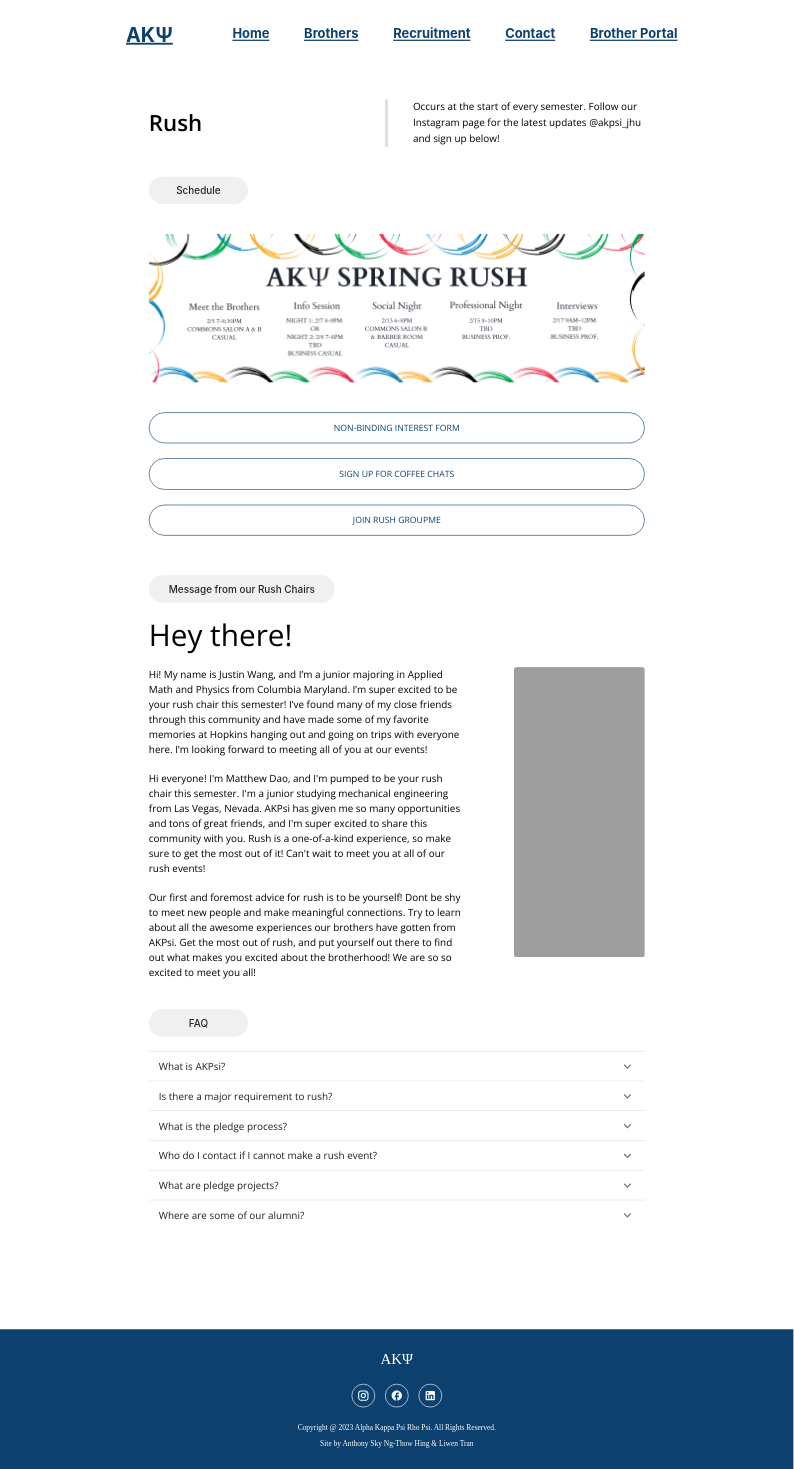
Repository: akpsi-jhu/rho-psi-website-v1
Page: /#/recruitment (app in web-app/)
These files come from the project's save history. The page is drawn as it stood at one moment and after the next save; the edit follows.
The browser window is 1280 px wide. The pictures show the whole page, at 62% of full size.
Pictures or frames that could not be fetched are drawn as grey boxes. The page's requests for data from a server got no answer. Some web fonts or font styles are not loaded; a fallback is used. The project was rebuilt for these pictures with package versions that can differ from the ones it lists, and the page was loaded fresh each time. No one was signed in, and anything a server would have sent is missing. Also part of the build but not shown: web-app/src/Components/Hero.js, web-app/src/Components/HoverCard.js, web-app/src/Components/About.js, web-app/src/styles/SlideshowStyles.css, web-app/src/Components/ImageSlideshow.js, web-app/src/Components/Rush.js, web-app/src/Components/Logos.js, web-app/src/Components/AlertBar.js and 14 more.

Above is the page before, as saved 2024-08-29 09:18:22.

### web-app/public/index.html
<!DOCTYPE html>
<html lang="en">
  <head>
    <meta charset="utf-8" />
    <link rel="icon" href="%PUBLIC_URL%/favicon.ico?v=2" />
    <meta name="viewport" content="width=device-width, initial-scale=1" />
    <meta name="theme-color" content="#000000" />
    <meta
      name="description"
      content="Web site created using create-react-app"
    />
    <link rel="apple-touch-icon" href="%PUBLIC_URL%/logo192.png?v=2" />
    <!--
      manifest.json provides metadata used when your web app is installed on a
      user's mobile device or desktop. See https://developers.google.com/web/fundamentals/web-app-manifest/
    -->
    <link rel="manifest" href="%PUBLIC_URL%/manifest.json" />
    <!--
      Notice the use of %PUBLIC_URL% in the tags above.
      It will be replaced with the URL of the `public` folder during the build.
      Only files inside the `public` folder can be referenced from the HTML.

      Unlike "/favicon.ico" or "favicon.ico", "%PUBLIC_URL%/favicon.ico" will
      work correctly both with client-side routing and a non-root public URL.
      Learn how to configure a non-root public URL by running `npm run build`.
    -->
    <title>AKPSI JHU</title>
    <link rel="preconnect" href="https://fonts.googleapis.com">
    <link rel="preconnect" href="https://fonts.gstatic.com" crossorigin>
    <link href="https://fonts.googleapis.com/css2?family=Glegoo&family=Iceland&family=Open+Sans:wght@400;600&family=STIX+Two+Text:wght@600&display=swap" rel="stylesheet">  </head>
  <body>
    <noscript>You need to enable JavaScript to run this app.</noscript>
    <div id="root"></div>
    <!--
      This HTML file is a template.
      If you open it directly in the browser, you will see an empty page.

      You can add webfonts, meta tags, or analytics to this file.
      The build step will place the bundled scripts into the <body> tag.

      To begin the development, run `npm start` or `yarn start`.
      To create a production bundle, use `npm run build` or `yarn build`.
    -->
  </body>
</html>

### web-app/src/App.js
import './App.css';
import {Routes, Route, HashRouter} from "react-router-dom";
import Home from "./Pages/Home"
import Contact from "./Pages/Contact"
import Recruitment from './Pages/Recruitment';
import Brothers from './Pages/Brothers';
import BrotherPortal from './Pages/BrotherPortal';
import BrotherPortalLogin from './Pages/BrotherPortalLogin';
import {createTheme, ThemeProvider} from "@mui/material";
import { AuthProvider } from './Auth/AuthContext'; // Import AuthProvider
import ProtectedRoute from './Auth/ProtectedRoute'; // Import ProtectedRoute

function App() {
    return (
        <AuthProvider>
            <ThemeProvider theme={theme}>
                <div className="App">
                    <HashRouter basename={process.env.PUBLIC_URL}>
                        <Routes>
                            <Route path='/' element={<Home/>}></Route>
                            <Route path='/contact' element={<Contact/>}></Route>
                            <Route path='/recruitment' element={<Recruitment/>}></Route>
                            <Route path='/brothers' element={<Brothers/>}></Route>
                            <Route path='/activelogin' element={<BrotherPortalLogin/>}></Route>
                            <Route path='/brotherPortal' element={<ProtectedRoute><BrotherPortal /></ProtectedRoute>} />
            <Route path='/login' element={<BrotherPortalLogin />} />
                        </Routes>
                    </HashRouter>
                </div>
            </ThemeProvider>
        </AuthProvider>
    );
}

const theme = createTheme({
    breakpoints: {
        values: {
            xs: 0,
            sm: 600,
            md: 900,
            lg: 1200,
            xl: 1536,
            xxl: 1700,
        }
    },
    typography: {
        fontFamily: [
            'Open Sans',
            '-apple-system',
            'BlinkMacSystemFont',
            '"Segoe UI"',
            'Roboto',
            '"Helvetica Neue"',
            'Arial',
            'sans-serif',
            '"Apple Color Emoji"',
            '"Segoe UI Emoji"',
            '"Segoe UI Symbol"',
        ].join(','),
    },
});

export default App;

### web-app/src/Pages/Recruitment.js
import React, {useState} from "react";
import { Stack, Box, Typography, makeStyles } from "@mui/material";
import Navbar from "../Components/Navbar/Navbar"
import RushMessage from "../Components/RushMessage"
import Footer from "../Components/Footer";
import Title from "../Components/Title";
import recruitment from "../assets/SpringRush24Banner.png";
import Faq from "../Components/Faq"
import TagHeader from "../Components/TagHeader";
import SideBar from "../Components/Sidebar/Sidebar";
import "../styles/Image.css";




//fontSize={{xs: 24, md: 30, lg: 40, xl: 42}}
const Recruitment = () => {
    const [isOpen, setIsOpen] = useState(false);
    const toggle = () => {
            setIsOpen(!isOpen)
        }
	return (
        <Stack alignItems='center' overflow='hidden' >

            <Navbar toggle={toggle} blue={true}></Navbar>
           <SideBar  isOpen={isOpen} toggle={toggle}/>
            <Stack marginY={{xs: 15, md:20}}  overflow='hidden' paddingX={{xs: 5, sm: 10, md: 20, lg: 30, xl: 40}} maxWidth={1920} spacing={6} >

            <Title wrap={true} header="Rush" body="Occurs at the start of every semester. Follow our Instagram page for the latest updates @akpsi_jhu and sign up below!"></Title>
                <TagHeader text="Schedule" ></TagHeader>
                <Box className="container">
                    <img className="container" src={recruitment} alt=""/>
                </Box>
            <RushMessage ></RushMessage>
            <Faq></Faq>
            </Stack>
            <Footer/>
        </Stack>
	);
};

export default Recruitment;

### web-app/src/Auth/AuthContext.js
import React, { useState, createContext, useContext } from 'react';

export const AuthContext = createContext();

export const useAuth = () => useContext(AuthContext);

export const AuthProvider = ({ children }) => {
    const [isAuthenticated, setAuthenticated] = useState(false);

    return (
        <AuthContext.Provider value={{ isAuthenticated, setAuthenticated }}>
            {children}
        </AuthContext.Provider>
    );
};

### web-app/src/Components/Navbar/Navbar.js
import React, { useState, useEffect } from "react";
import { FaBars } from "react-icons/fa";
import { animateScroll as scroll } from "react-scroll";
import {
  Nav,
  NavbarContainer,
  NavLogo,
  NavItem,
  MobileIcon,
  NavMenu,
  NavLinkR
} from "./NavbarElements";

import { NavLink } from "react-router-dom";


const Navbar = ({ toggle, blue }) => {
  const [scrollNav, setScrollNav] = useState(false);


  const changeNav = () => {
    if (window.scrollY >= 80) {
      setScrollNav(true);
    } else {
      setScrollNav(false);
    }
  };


  useEffect(() => {
    window.addEventListener("scroll", changeNav);
  }, []);
  return (
    <>
      <Nav scrollNav={scrollNav}>
        <NavbarContainer>
          <NavLogo blue={blue}>
            <NavLinkR blue={blue}
                      to="/"
                // smooth={true} duration={500} spy={true} exact='true' offset={-80}
            >
            AKΨ
            </NavLinkR>
          </NavLogo>
          <MobileIcon onClick={toggle} blue={blue}>
            <FaBars />
          </MobileIcon>
          <NavMenu className={"justify-content-end"} blue={blue}>
            <NavItem >
              <NavLinkR blue={blue}
                to="/"
                // smooth={true} duration={500} spy={true} exact='true' offset={-80}
              >
                Home
              </NavLinkR>
            </NavItem>
            <NavItem>
              <NavLinkR blue={blue}
                to="/brothers"
                // smooth={true} duration={500} spy={true} exact='true' offset={-80}
              >
                Brothers
              </NavLinkR>
            </NavItem>
            <NavItem>
              <NavLinkR blue={blue}
                to="/recruitment"
                // smooth={true} duration={500} spy={true} exact='true' offset={-80}
              >
                Recruitment
              </NavLinkR>
            </NavItem>
            <NavItem>
              <NavLinkR blue={blue} to="/contact">Contact</NavLinkR>
            </NavItem>
            <NavItem>
              <NavLinkR blue={blue} to="/brotherPortal">Brother Portal</NavLinkR>
            </NavItem>
          </NavMenu>
        </NavbarContainer>
      </Nav>
    </>
  );
};

export default Navbar;

### web-app/src/Components/Footer.js
import React from "react";
import InstagramIcon from '@mui/icons-material/Instagram';
import FacebookOutlinedIcon from '@mui/icons-material/FacebookOutlined';
import LinkedInIcon from '@mui/icons-material/LinkedIn';

import {
    Stack,
    Typography,
    IconButton, ThemeProvider,
} from "@mui/material";

import {logoTheme} from "../themes/theme";


const Footer = () => {
return (
	<Stack py={4} direction="column" spacing={3} sx ={{backgroundColor: '#0C406F', color: "white"}} width='100vw'>
        <ThemeProvider theme={logoTheme}>
	<Typography
                variant="h5"
                component="div"
                >AKΨ</Typography>
        </ThemeProvider>
	<Stack direction="row" spacing={2} justifyContent="center" >
        <IconButton href="https://www.instagram.com/akpsi_jhu/" aria-label="instagram" sx={{color: "white", border: 1}}>
            <InstagramIcon fontSize="small"/></IconButton>
        <IconButton href="https://www.facebook.com/johnshopkinsakpsi/" aria-label="facebook" sx={{color: "white", border: 1}}>
            <FacebookOutlinedIcon fontSize="small"/></IconButton>
        <IconButton href="https://www.linkedin.com/company/alpha-kappa-psi" aria-label="linkedin" sx={{color: "white", border: 1}}>
            <LinkedInIcon fontSize="small"/></IconButton>
	</Stack>
    <Stack spacing={1}>
        <Typography sx={{fontSize:12, fontFamily: "glegoo"}}>Copyright @ 2023 Alpha Kappa Psi Rho Psi. All Rights Reserved. </Typography>
        <Typography sx={{fontSize:12, fontFamily: "glegoo"}}>Site by Anthony Sky Ng-Thow Hing & Liwen Tran </Typography>
    </Stack>
	</Stack>
);
};
export default Footer;

### web-app/src/Components/Sidebar/Sidebar.js
import { Box } from "@mui/system";
import React from "react";

import {
  SidebarContainer,
  SidebarWrapper,
  Icon,
  CloseIcon,
  SidebarMenu,
  SidebarLink
} from "./SidebarElements";



const SideBar = ({ isOpen, toggle }) => {
  return (
    <SidebarContainer isOpen={isOpen} onClick={toggle}>
      <Icon onClick={toggle}>
        <CloseIcon />
      </Icon>
      <SidebarWrapper>
        <SidebarMenu>
          <SidebarLink to="/" onClick={toggle}>
            Home
          </SidebarLink>
          <SidebarLink to="/brothers" onClick={toggle}>
            Brothers
          </SidebarLink>
          <SidebarLink to="/recruitment" onClick={toggle}>
            Recruitment
          </SidebarLink>
          <SidebarLink to="/contact" onClick={toggle}>
            Contact
          </SidebarLink>
          <SidebarLink to="/brotherPortal" onClick={toggle}>
            Active Portal
          </SidebarLink>
        </SidebarMenu>
      </SidebarWrapper>
    </SidebarContainer>
  );
};

export default SideBar;

### web-app/src/Components/Title.js
import React from "react";
import { Stack, Box, Typography, Divider, Button } from "@mui/material";





const Title = (props) => {
	return (
        <Stack direction={{ sm: 'column', md: 'row' }} spacing={{xs: 2, md: 5}} sx = {{
            textAlign: "left",
            width: '100%',
            alignItems: "center"
        }}>
            <Typography variant="h3" sx = {{
                fontSize: {xs: 26, sm: 26, md: 30, lg: 36, xl: 36},
                lineHeight: {md: 1.3, lg: 1.3, xl: 1.3},
                whiteSpace: props.wrap ? "normal": "nowrap",
                width: props.wrap ? '100%' : '%',
                maxWidth: {md: 800, lg: 1000, xl: 1000},
                fontWeight: '700'
            }}>{props.header}</Typography>
            <Divider orientation={{sm: "horizontal", md: "vertical" }}flexItem sx = {{
                borderRightWidth: 5,
                borderBottomWidth: 3
            }}></Divider>
            <Typography variant="h6" sx = {{
                 fontSize: {xs: 16, md: 16, lg: 16, xl: 16},
            }}>{props.body}</Typography>
        </Stack>
	);
};

export default Title;

### web-app/src/Components/TagHeader.js
import React from "react";
import { Stack, Box, Typography, makeStyles, Button } from "@mui/material";





const TagHeader = (props) => {
	return (
        <Box
        sx={{ width: 160, fontSize: 16, paddingX: 1, paddingY: 1.5, backgroundColor: '#F0F0F0', borderRadius: 85, fontWeight: 500, color: '#1F282C'
    }}>
        {props.text}
    </Box>
	);
};

export default TagHeader;

### web-app/src/styles/Image.css


.container {
    overflow: hidden;
    align-items: center;
    justify-content: center;
    display: flex;
}

.container img {
    overflow: hidden;
    object-fit: cover;
    height: 100%;
    width: 100%;
    padding-right: 0;
    border-radius: 5px;
}

### web-app/src/Components/Navbar/NavbarElements.js
import styled from "styled-components";
import { Navbar } from "react-bootstrap";
import { Link as LinkR } from "react-router-dom";
import { Link as LinkS } from "react-scroll";

export const Nav = styled(Navbar)`
background: none;
position: absolute;

  display: flex;
  justify-content: center;
  width: 100%
  max-width: 1920px
  align-items: center;
  font-size: 1.3rem;
  top: 0;
  z-index: 10;
  @media screen and (max-width: 960px) {
    transition: 0.8s all ease;
  }
`;


export const NavbarContainer = styled.div`
  display: flex;
  justify-content: space-between;
  height: 80px;
  z-index: 1;
  width: 100%;
  padding: 0 24px;
  /*max-width: 1100px;*/
`;

export const NavLogo = styled(LinkR)`
color: ${({ blue }) =>
blue ? "#0C406F" : "white"};
  margin-top: 30px;
  font-size: 2rem;
  display: flex;
  align-items: center;
  margin-left: 120px;
  text-decoration: none;
  font-family: STIX Two Text


  @media screen and (max-width: 960px) {
    font-size: 1.75rem;
    margin: 0;
    padding: 0;
  }
`;

export const MobileIcon = styled.div`
  display: none;

  @media screen and (max-width: 768px) {
    display: block;
    position: absolute;
    top: 0;
    right: 0;
    transform: translate(-100%, 60%);
    font-size: 1.75rem;
    font-weight: normal
    font-family: STIX Two Text
    cursor: pointer;
    color: ${({ blue }) =>
    blue ? "#0C406F" : "white"};
    margin: 0;
  }
`;

export const NavMenu = styled.ul`

margin-top: 50px;

  display: flex;
  align-items: center;
  list-style: none;
  text-align: center;
  margin-right: 80px;
  float: left;
  @media screen and (max-width: 768px) {
    display: none;
  }
`;

export const NavItem = styled.li`
  height: 80px;
`;

export const NavLinks = styled(LinkS)`
  display: flex;
  align-items: center;
  text-align: center;
  height: 100%;
  padding: 0 1rem;
  cursor: pointer;
  color: #1b262c;
  font-size: 0.9 rem;
  font-weight: bold;
  font-family: STIX Two Text
  margin-right: 24px;
  text-decoration: none;

  &.active {
    border-bottom: 3px solid #3282b8;
  }

  &:hover {
    text-decoration: none;
  }
`;

export const NavLinkR = styled(LinkR)`
  display: flex;
  align-items: center;
  text-align: center;
  height: 100%;
  padding: 0 1rem;
  cursor: pointer;
  color: ${({ blue }) =>
blue ? "#0C406F" : "white"};
  font-size: 0.9 rem;
  font-weight: bold;
  margin-right: 24px;
  font-family: STIX Two Text

  text-decoration: none;

  &.active {
    border-bottom: 3px solid #3282b8;
  }

  &:hover {
    text-decoration: none;
  }
`;

### web-app/src/Components/ImageBox.js
import "../styles/Image.css";
import {Box} from "@mui/system";

const ImageBox = (props) => {
    return (
        <Box
            pl={{lg:5}}
            className="container"
            maxHeight={{xs: "75vh", sm: "75vh", md: "75vh", lg: "65vh", xl: "60vh"}}
            width={{xs: "115%", sm: "300%", md: "300%", lg: "160%", xl: "150%", xxl: "125%"}}
            maxWidth={{sm: "100vw", md: "60vw"}}>
            <img className="container" src={props.src} alt=""/>
        </Box>
    );
};

export default ImageBox;

### web-app/src/styles/LogosStyles.css

  img {
    height: 45px;
    padding: 0 50px;
    object-fit:contain;
  }

  img:last-of-type {
    padding-left: 0;
  }

  .inner {
    position: relative;
    width: 100vw;
    overflow: hidden;
    height: 120px;
    padding-top: 30px;
    padding-bottom: 30px;
    display: flex;

    justify-content: center;
    align-items: center;
    background-color: #DCA023;





  }

  .wrapper {
    position: absolute;
    display: flex;
    width: 100vw;
    max-width: 1920px;
    overflow: hidden;




  }

  section {
    display: flex;
    animation: swipe var(--speed) linear infinite backwards;
    align-items: center;
    justify-content: center;

  }

  @keyframes swipe {
    0% {
      transform: translate(0);
    }

    100% {
      transform: translate(-100%);
    }
  }

### web-app/src/themes/theme.js
import {createTheme} from "@mui/material";

export const logoTheme = createTheme({
    typography: {
        fontFamily: [
            'STIX Two Text',
        ].join(','),
        fontWeight: 500
    }
})

### web-app/src/Components/Sidebar/SidebarElements.js
import styled from "styled-components";
import { Link as LinkR } from "react-router-dom";
import { Link as LinkS } from "react-scroll";
import { FaTimes } from "react-icons/fa";

export const SidebarContainer = styled.aside`
  position: fixed;

  z-index: 999;
  width: 100%;
  height: 100%;
  background: #0C406F;
  display: grid;
  font-family: STIX Two Text;
  align-items: center;
  top: 0;
  left: 0;
  transition: 0.3s ease-in-out;
  opacity: ${({ isOpen }) => (isOpen ? "90%" : "0")};
  top: ${({ isOpen }) => (isOpen ? "0" : "-100%")};
`;

export const CloseIcon = styled(FaTimes)`
  color: white;
  font-size: 1.2rem;
  margin: 10px;
`;

export const SidebarMenu = styled.ul`
  display: grid;
  padding: 0;
  list-style-type: none;
  grid-template-columns: 1fr;
  grid-template-rows: repeat(8, 70px);
  @media screen and (max-width: 480px) {
    grid-template-rows: repeat(8, 60px);
  }

`;
export const Icon = styled.div`
  position: absolute;
  top: 1.2rem;
  right: 1.5rem;
  background: transparent;
  font-size: 2rem;
  cursor: pointer;
  outline: none;
`;

export const SidebarLink = styled(LinkR)`
  display: flex;
  align-items: center;
  justify-content: center;
  font-size: 1.4rem;
  list-style: none;
  text-decoration: none;
  transition: 0.2s ease-in-out;
  color: white;
  cursor: pointer;


  &:hover {
    text-decoration: none;
    color: #414b52;
    transition: 0.2s ease-in-out;
  }
`;

export const SidebarWrapper = styled.div`
  color: #fff;
`;

### web-app/src/styles/HoverCardStyles.scss
:root {
    --blue-color: #0C406F;
    --gold-color: #DCA023;
    --white-color: #FFFFFF;
    --neutral-color: #12171B;
  }

  *,
  *:before,
  *:after {
    box-sizing: border-box;
  }


    .card {
      background-size: cover;
      border-radius: 0.5rem;
      color: var(--white-color);
      max-width: 50ch;
      overflow: hidden;
      padding: 10rem 0 0;
      transition: transform 500ms ease;
      font-family:sans-serif;

      &__content {
        --padding: 0.1rem 1.5rem 1.5rem;
        background: var(--blue-color);
        padding: var(--padding);
        height: 200px;


      }

      &__title {
        position: relative;
        width: max-content;
      }

      &__body {
        color: white;
        text-align: left;
        margin-top: -5px;

      }

      &__button {
        align-items: center;
        margin-top: 7px;
        gap: 10px;
        background: none;
        border-style: none;
        align-self: flex-end;
        color: white;
        cursor: pointer;
        display: flex;
        padding: .5em 1.25em;
        text-decoration: none;
        font-size: 14px;
        font-weight:600;

        &:hover,
        &:focus {
          //background-color: var(--white-color);
        }
      }
    }

    @media (hover) {
      .card__content {
        transform: translateY(72%);
        transition: transform 500ms ease;

        > *:not(.card__title) {
          opacity: 0;
          transition: opacity 500ms linear;
        }
      }

      .card {
        &:hover,
        &:focus-within {
          transform: scale(1.05);


          .card__content {
            background-color: var(--gold-color);
            transform: translateY(0);
            transition-delay: 100ms;


            > *:not(.card__title) {
              opacity: 1;
              transition-delay: 100ms;
            }
          }

          .card__title:after {
            transform: scaleX(1);
          }
        }

        &:focus-within .card__content {
          transition-duration: 0ms;

          > *:not(.card__title) {
            transition-delay: 300ms;
          }
        }

        &__title:after {
          transform: scaleX(0);
        }
      }
    }

    @media (prefers-reduced-motion: reduce) {
      *,
      *::before,
      *::after {
        animation-duration: 0.01ms !important;
        animation-iteration-count: 1 !important;
        scroll-behavior: auto !important;
        transition-delay: 0ms !important;
        transition-duration: 0.01ms !important;
      }
    }

Loaded but not shown: web-app/src/index.js (common file); web-app/src/index.css (common file); web-app/src/reportWebVitals.js (common file); web-app/src/App.css (common file); web-app/src/Components/RushMessage.js (85 lines, source omitted); web-app/src/Components/Faq.js (65 lines, source omitted)

After the next save:
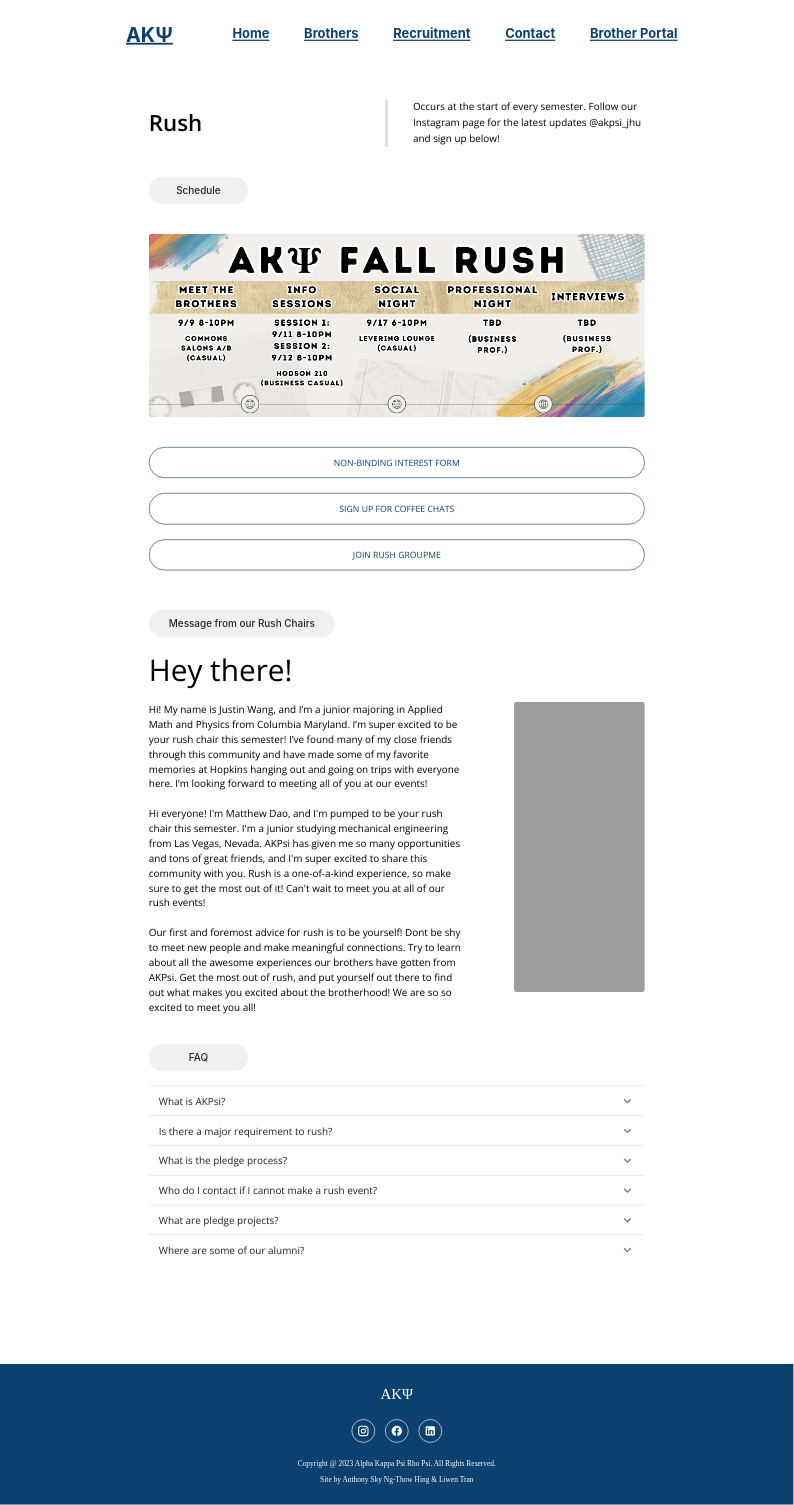
Saved 61 s later.
--- a/web-app/src/Pages/Recruitment.js
+++ b/web-app/src/Pages/Recruitment.js
@@ -4,7 +4,7 @@
 import RushMessage from "../Components/RushMessage"
 import Footer from "../Components/Footer";
 import Title from "../Components/Title";
-import recruitment from "../assets/SpringRush24Banner.png";
+import recruitment from "../assets/FallRush24Banner.JPEG";
 import Faq from "../Components/Faq"
 import TagHeader from "../Components/TagHeader";
 import SideBar from "../Components/Sidebar/Sidebar";
